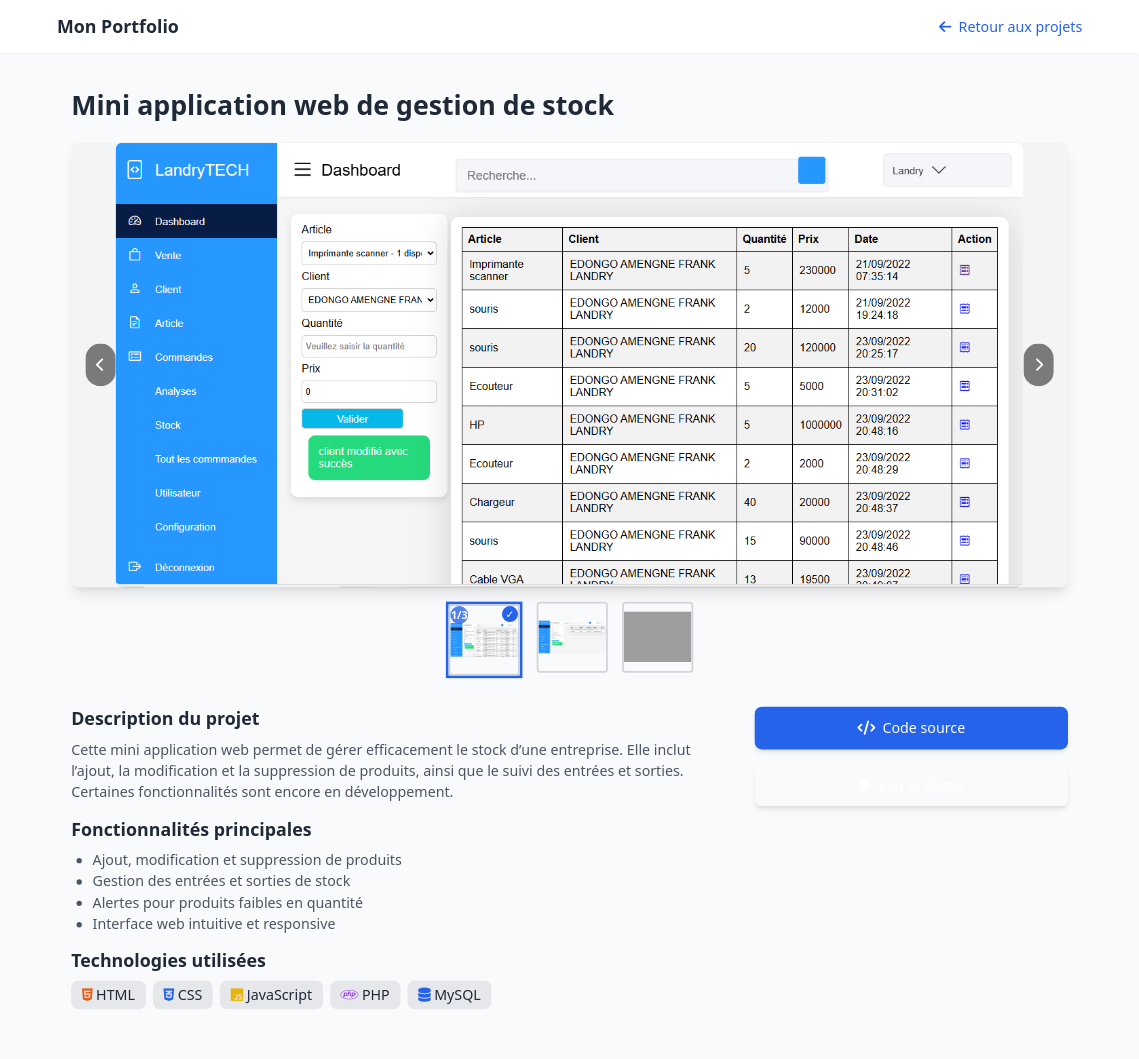
Repository: Edongo999/landry-portfolio
Page: projet-gestion-stocks.html
An editor plug-in stored every save of this project. The page is shown before and after the next save, followed by the edit.
The browser window is 1280 px wide. The pictures show the whole page, at 89% of full size.
Pictures or frames that could not be fetched are drawn as grey boxes. Some web libraries are served in a nearby version.

Above is the page before, as saved 2025-09-14 03:22:32.

After the next save:
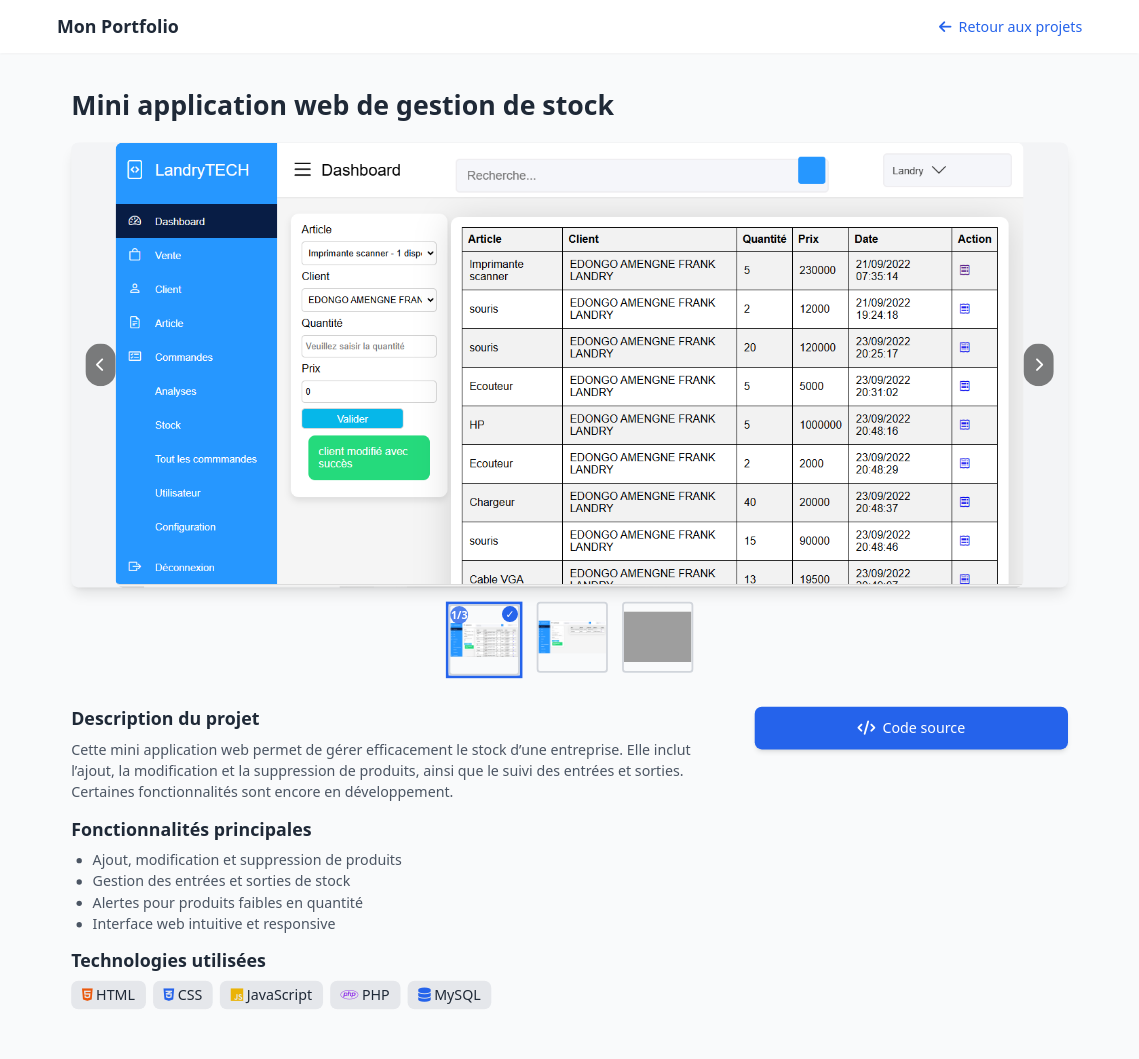
Saved 67 s later.
--- a/projet-gestion-stocks.html
+++ b/projet-gestion-stocks.html
@@ -1,14 +1,3 @@
-
-
-
-
-
-
-
-
-
-
-
 
 <!DOCTYPE html>
 <html lang="fr">
@@ -135,10 +124,7 @@
            hover:bg-blue-700 hover:-translate-y-1 transform transition duration-300 shadow-md hover:shadow-lg">
           <i class="fas fa-code mr-2"></i> Code source
         </a>
-        <a href="projet-gestion-stock.html" class="flex items-center justify-center w-full bg-primary-600 text-white py-3 rounded-lg text-center
-           hover:bg-primary-700 hover:-translate-y-1 transform transition duration-300 shadow-md hover:shadow-lg">
-          <i class="fas fa-play mr-2"></i> Voir la démo
-        </a>
+
       </div>
     </div>
   </section>
